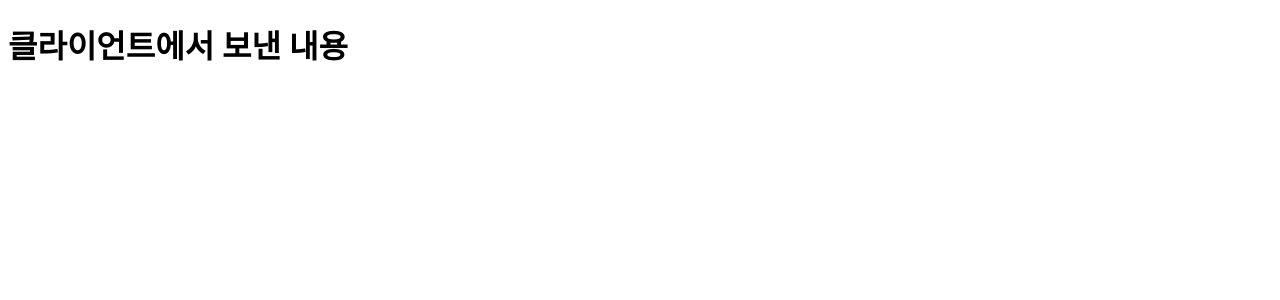
Repository: ZicoPark/Lost-Dev
Page: http://localhost/03_request/result.jsp
An editor plug-in stored every save of this project. The page is shown before and after the next save, followed by the edit.
The browser window is 1280 px wide. The pictures show the whole page.
The page is served by Tomcat 9.

Above is the page before, as saved 2023-02-20 03:19:47.

After the next save:
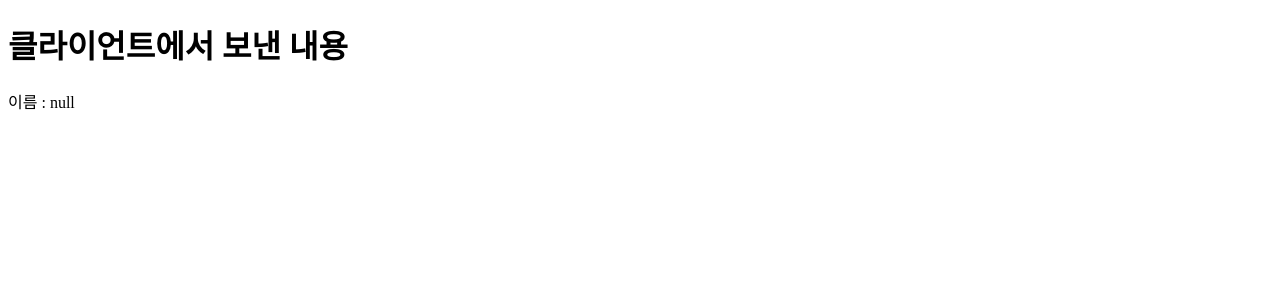
Saved 4 min 27 s later.
--- a/JSP/03_request/WebContent/result.jsp
+++ b/JSP/03_request/WebContent/result.jsp
@@ -11,6 +11,7 @@
 </head>
 <body>
 	<h1>클라이언트에서 보낸 내용</h1>
+	이름 : <%= request.getParameter("userName") %>
 
 </body>
 </html>
